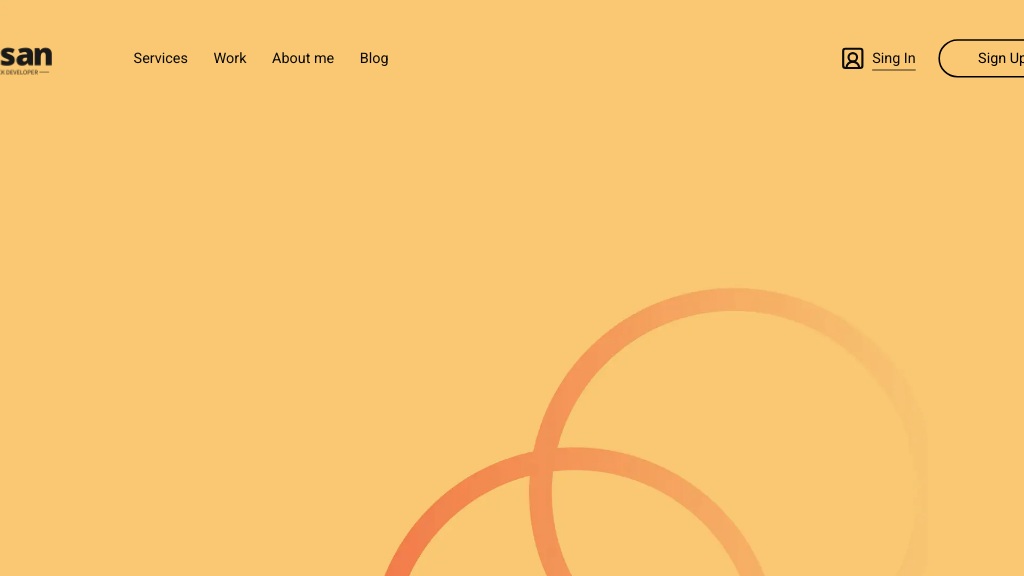
Repository: FrontendProjectsNL/mijn-portfolio-project
Page: /
The author's editor kept a copy of each file at every save. The page is drawn from the files as they stood at one save, then again after a run of saves.
The browser window is 1280 px wide. The pictures show the whole page, at 80% of full size.
The project was rebuilt for these pictures with package versions that can differ from the ones it lists, and the page was loaded fresh each time. The framework's server and built-in components were replaced by stand-ins that run in the browser. Also part of the build but not shown: next.config.mjs.

Above is the page before, as saved 2024-10-27 12:53:25.

After the next 2 saves:
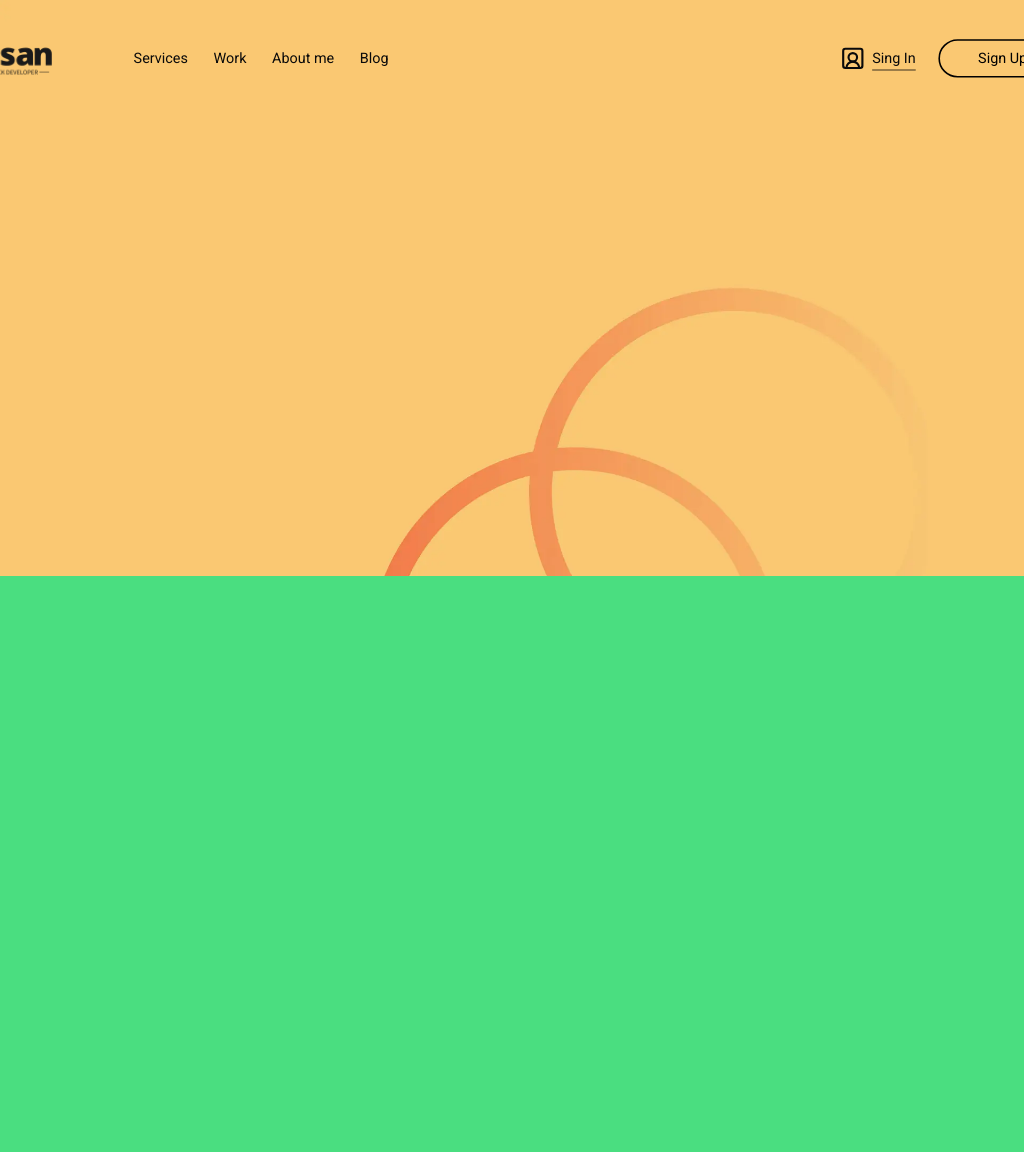
The 2 saves are shown as one change because 1 did not build or start.
The last was saved 55 s later.
--- a/app/page.tsx
+++ b/app/page.tsx
@@ -5,6 +5,7 @@ export default function Home() {
   return (
     <div>
       <Hero />
+      <section className="w-full h-screen bg-green-400"></section>
     </div>
   );
 }
